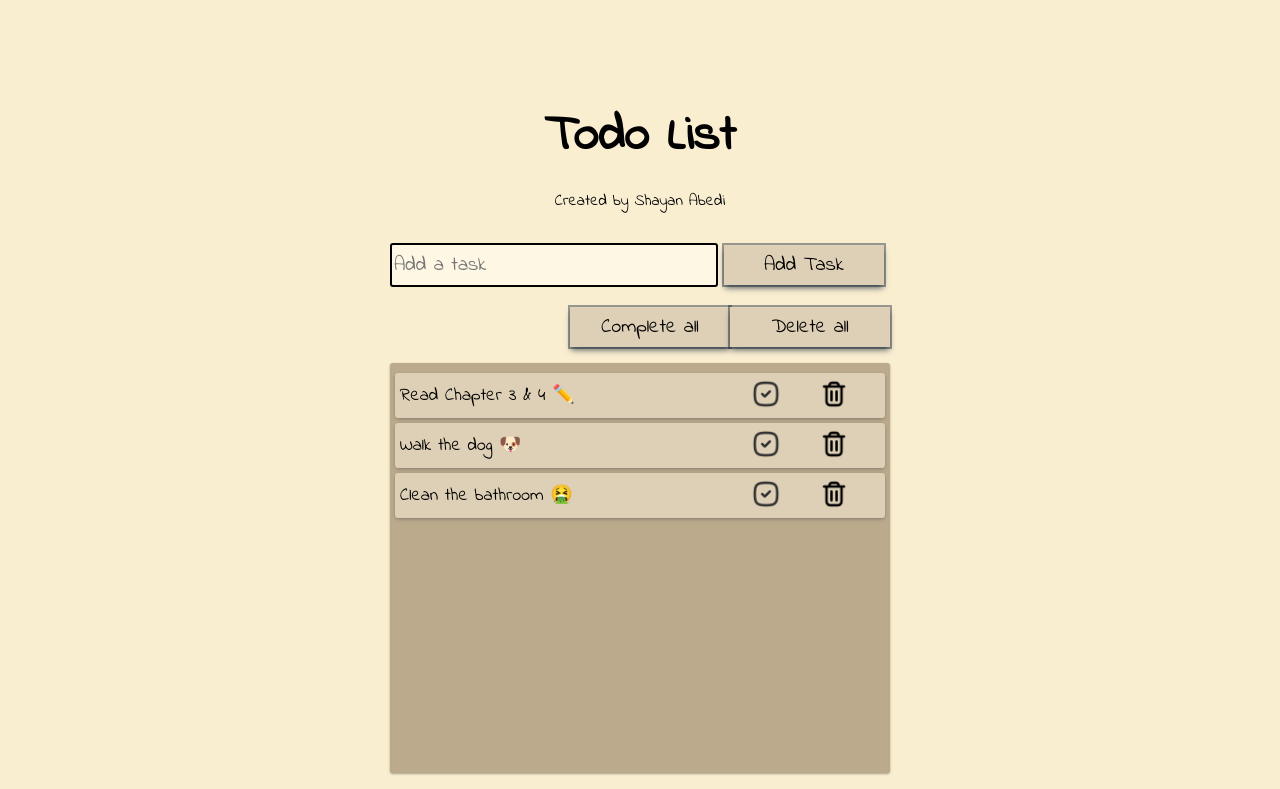
Repository: shayanabedi98/todo-list
Page: /
An editor plug-in stored every save of this project. The page is shown before and after the next save, followed by the edit.
The browser window is 1280 px wide. The pictures show the whole page.
The project was rebuilt for these pictures with package versions that can differ from the ones it lists, and the page was loaded fresh each time. Also part of the build but not shown: vite.config.js.

Above is the page before, as saved 2023-12-30 19:41:02.

### index.html
<!doctype html>
<html lang="en">
  <head>
    <meta charset="UTF-8" />
    <link rel="icon" type="image/svg+xml" href="./src/assets/pencil-svgrepo-com.png" />
    <meta name="viewport" content="width=device-width, initial-scale=1.0" />
    <link rel="preconnect" href="https://fonts.googleapis.com">
    <link rel="preconnect" href="https://fonts.gstatic.com" crossorigin>
    <link href="https://fonts.googleapis.com/css2?family=Indie+Flower&display=swap" rel="stylesheet">
    <title>Todo List</title>
  </head>
  <body>
    <div id="root"></div>
    <script type="module" src="/src/main.jsx"></script>
  </body>
</html>

### src/App.jsx
import { useState } from "react";
import { v4 as uuid } from "uuid";
import TodoList from "./TodoList";
import CreateTask from "./CreateTask";
import AffectAll from "./AffectAll";

function App() {
  const [list, setList] = useState([
    { id: uuid(), text: "Read Chapter 3 & 4 ✏️", completed: false },
    { id: uuid(), text: "Walk the dog 🐶", completed: false },
    { id: uuid(), text: "Clean the bathroom 🤮", completed: false },
  ]);
  const [input, setInput] = useState("");

  const addTask = () => {
    if (input.trim() !== "") {
      setList([...list, { id: uuid(), text: input, completed: false }]);
      setInput("");
    }
  };

  const handleChange = (event) => {
    setInput(event.target.value);
  };

  const handleDelete = (taskID) => {
    const newList = list.filter((task) => {
      return task.id !== taskID;
    });
    setList(newList);
  };

  const handleComplete = (taskID) => {
    const newList = list.map((task) => {
      if (task.id === taskID) {
        return { ...task, completed: !task.completed };
      } else {
        return task;
      }
    });
    setList(newList);
  };

  const clearAll = () => {
    setList([]);
  };

  const completeAll = () => {
    const isItCompleted = list.some((task) => !task.completed);
    const newList = list.map((task) => ({ ...task, completed: isItCompleted }));
    setList(newList)
  };

  return (
    <>
      <h1>Todo List</h1>
      <p id="developer">Created by Shayan Abedi</p>
      <CreateTask handleChange={handleChange} input={input} addTask={addTask} />
      <AffectAll clearAll={clearAll} completeAll={completeAll} />
      <TodoList
        list={list}
        handleDelete={handleDelete}
        handleComplete={handleComplete}
      />
    </>
  );
}

export default App;

### src/index.css
body {
  background-color: #FAEED1;
  font-family: 'Indie Flower', cursive;
}

h1 {
  font-size: 50px;
  margin-top: 100px;
  margin-bottom: 0;
  text-align: center;
}

.create-task {
  display: grid;
  place-items: center;
  align-content: center;
  grid-template-columns: 1fr 1fr;
  margin: 30px auto 0 auto;
}

.create-task input {
  background-color: #FDF7E4;
  border: 2px solid black;
  border-radius: 3px;
  font-size: 20px;
  height: 38px;
  width: 320px;
  font-family: 'Indie Flower', cursive;
}

.create-task button {
  background-color: #DED0B6;
  border: none;
  font-family: 'Indie Flower', cursive;
  height: 40px;
  width: 160px;
  font-size: 20px;
  box-shadow: rgba(6, 24, 44, 0.4) 0px 0px 0px 2px, rgba(6, 24, 44, 0.65) 0px 4px 6px -1px, rgba(255, 255, 255, 0.08) 0px 1px 0px inset;
  cursor: pointer;
}

.affect-all {
  display: flex;
  place-content: end;
  margin-top: 20px;
}

.affect-all button {
  background-color: #DED0B6;
  border: none;
  font-family: 'Indie Flower', cursive;
  height: 40px;
  width: 160px;
  font-size: 20px;
  box-shadow: rgba(6, 24, 44, 0.4) 0px 0px 0px 2px, rgba(6, 24, 44, 0.65) 0px 4px 6px -1px, rgba(255, 255, 255, 0.08) 0px 1px 0px inset;
  cursor: pointer;
}

.list ul {
 padding: 5px;
 box-shadow: rgba(0, 0, 0, 0.12) 0px 1px 3px, rgba(0, 0, 0, 0.24) 0px 1px 2px;
  border-radius: 3px;
  background-color: #BBAB8C;
  min-height: 400px;
}

.list li {
  list-style: none;
  display: grid;
  grid-template-columns: 1fr 0.2fr 0.2fr;
  background-color: #DED0B6;
  margin-top: 5px;
  margin-bottom: 5px;
  padding: 5px;
  box-shadow: rgba(50, 50, 93, 0.25) 0px 2px 5px -1px, rgba(0, 0, 0, 0.3) 0px 1px 3px -1px;
  border-radius: 3px;
  font-size: 18px;
  align-items: center;
}

#developer, h1, .create-task, .list, .affect-all {
  width: 500px;
  margin-left: auto;
  margin-right: auto;
}

.list button {
  background-color: #DED0B6;
  height: 35px;
  width: 35px;
  margin: auto 2px;
  cursor: pointer;
  border: none;
  border-radius: 3px;
}

.list img, .affect-all img {
  height: 30px;
}

#developer {
  text-align: center;
}

### src/TodoList.jsx
import React from "react";
import trash from "./assets/trash.png";
import check from "./assets/check.png";

const TodoList = ({ handleComplete, handleDelete, list }) => {
  const completedStyle = (condition) => {
    return condition
      ? {
          color: "grey",
          textDecoration: "line-through",
        }
      : {};
  };

  return (
    <div className="list">
      <ul>
        {list.map((task) => {
          return (
            <li key={task.id}>
              <span style={completedStyle(task.completed)}>{task.text}</span>
              <button id="complete" onClick={() => handleComplete(task.id)}>
                <img src={check} alt="checkmark button"/>
              </button>
              <button id="delete" onClick={() => handleDelete(task.id)}>
                <img src={trash} alt="delete button"/>
              </button>
            </li>
          );
        })}
      </ul>
    </div>
  );
};

export default TodoList;

### src/CreateTask.jsx
import React from "react";

const CreateTask = ({input, addTask, handleChange}) => {
  return (
    <div className="create-task">
      <input
        onKeyDown={(e) => e.key === 'Enter' && addTask()}
        placeholder="Add a task"
        type="text"
        onChange={handleChange}
        value={input}
      />
      <button onClick={addTask}>Add Task</button>
    </div>
  );
};

export default CreateTask;

### src/AffectAll.jsx
import React from "react";


const AffectAll = ({ clearAll, completeAll }) => {
  return (
    <div className="affect-all">
      <button onClick={completeAll}>Complete all</button>
      <button onClick={clearAll}>Delete all</button>
    </div>
  );
};

export default AffectAll;

Loaded but not shown: src/main.jsx (common file)

After the next save:
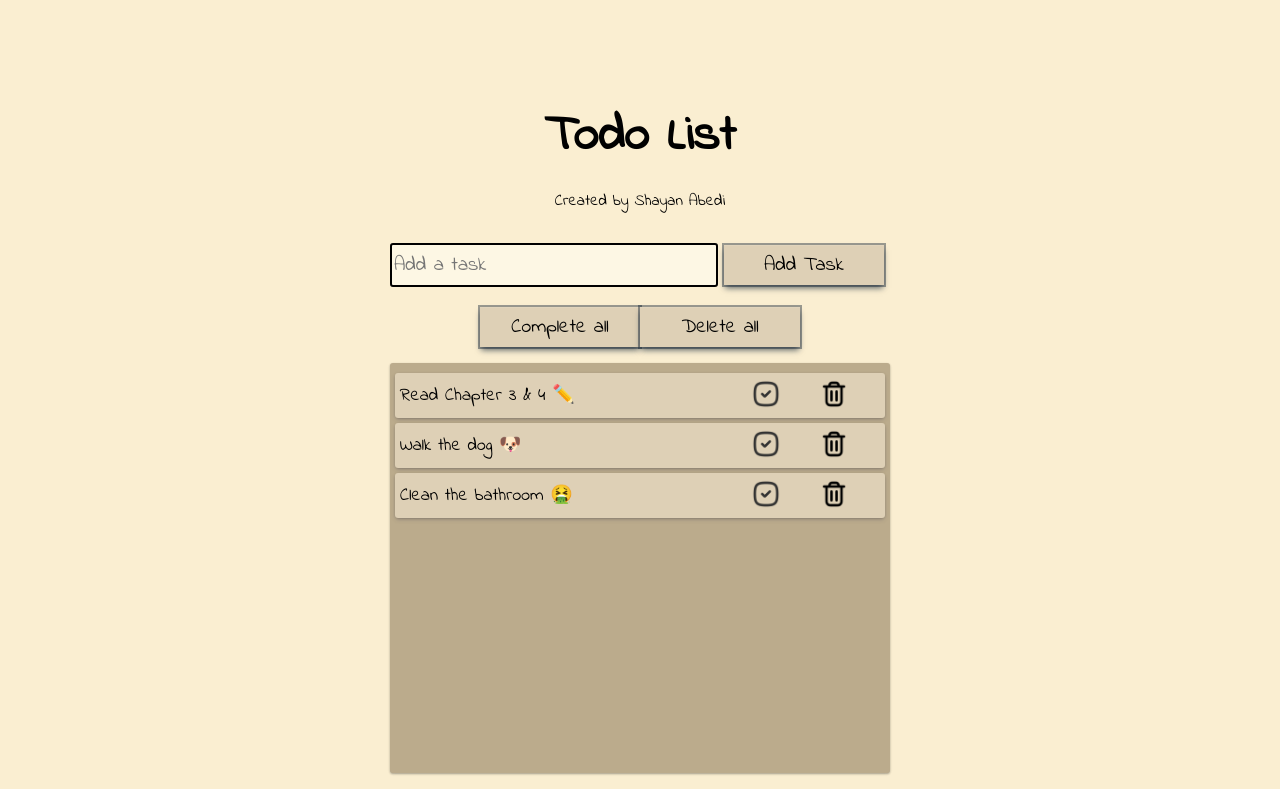
Saved 10 s later.
--- a/src/index.css
+++ b/src/index.css
@@ -41,7 +41,7 @@ h1 {
 
 .affect-all {
   display: flex;
-  place-content: end;
+  place-content: center;
   margin-top: 20px;
 }
 
